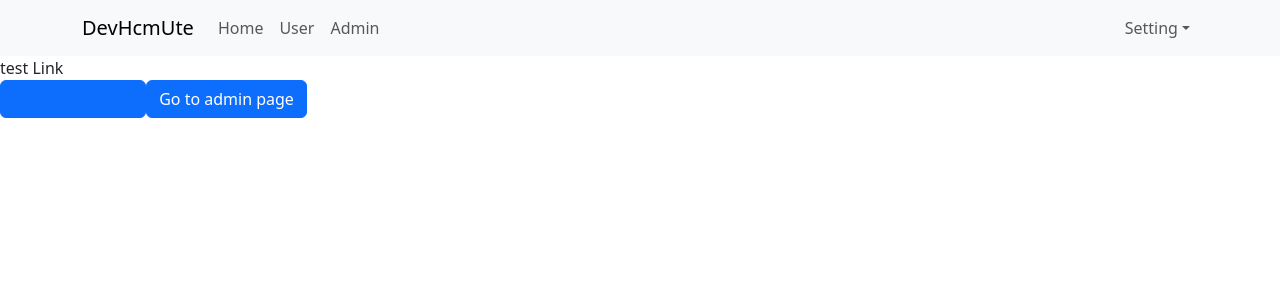
Repository: nnbxxx/React-Untimate
Page: /
The author's editor kept a copy of each file at every save. The page is drawn from the files as they stood at one save, then again after the next save.
The browser window is 1280 px wide. The pictures show the whole page.
The project was rebuilt for these pictures with package versions that can differ from the ones it lists, and the page was loaded fresh each time.

Above is the page before, as saved 2023-04-11 16:20:50.

After the next save:
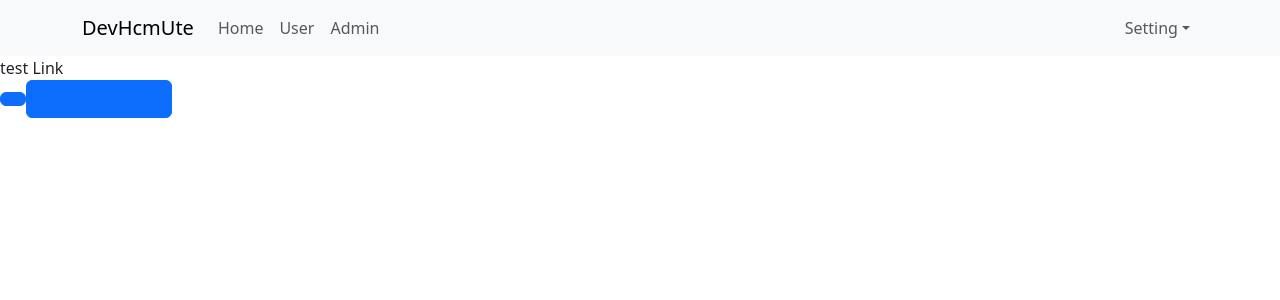
Saved 4 s later.
--- a/src/App.js
+++ b/src/App.js
@@ -10,10 +10,10 @@ const App = () => {
       <div>
         test Link
         <div>
+          <Button className='btn btn-primary'></Button>
           <Button className='btn btn-primary'>
             <Link to='./users'>Go to user page</Link>
           </Button>
-          <Button className='btn btn-primary'>Go to admin page</Button>
         </div>
       </div>
     </div>
